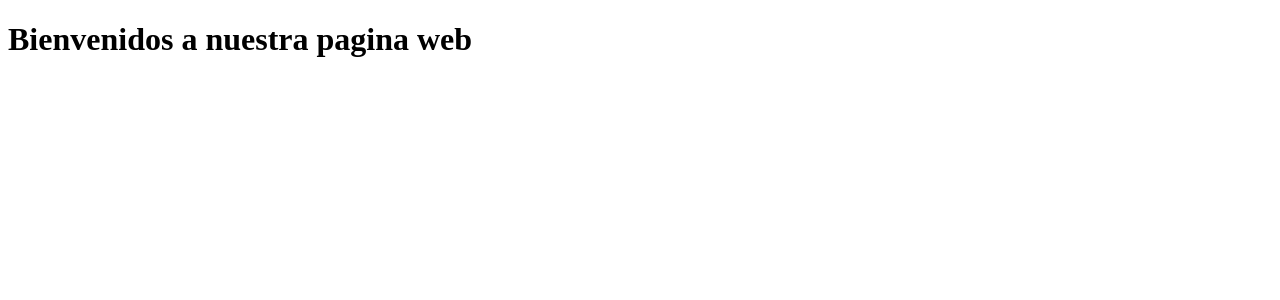
Repository: fherrerad/NocionesJava
Page: 05_Web/WebContent/inicio.html
The author's editor kept a copy of each file at every save. The page is drawn from the files as they stood at one save, then again after the next save.
The browser window is 1280 px wide. The pictures show the whole page.

Above is the page before, as saved 2019-04-24 10:28:13.

After the next save:
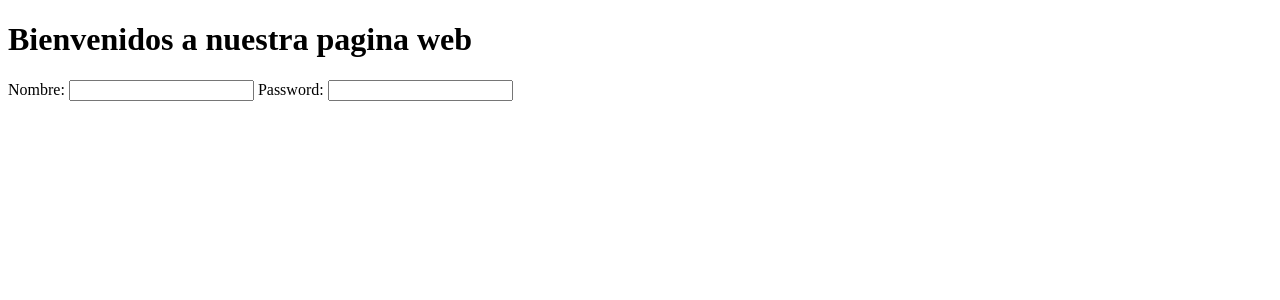
Saved 21 min 47 s later.
--- a/05_Web/WebContent/inicio.html
+++ b/05_Web/WebContent/inicio.html
@@ -6,5 +6,9 @@
 </head>
 <body>
 	<h1>Bienvenidos a nuestra pagina web</h1>
+	<form action="">
+		Nombre: <input type="text" name="nombreUsuario"></input>
+		Password: <input type="text" name="passwordUsuario"></input>
+	</form>
 </body>
 </html>
